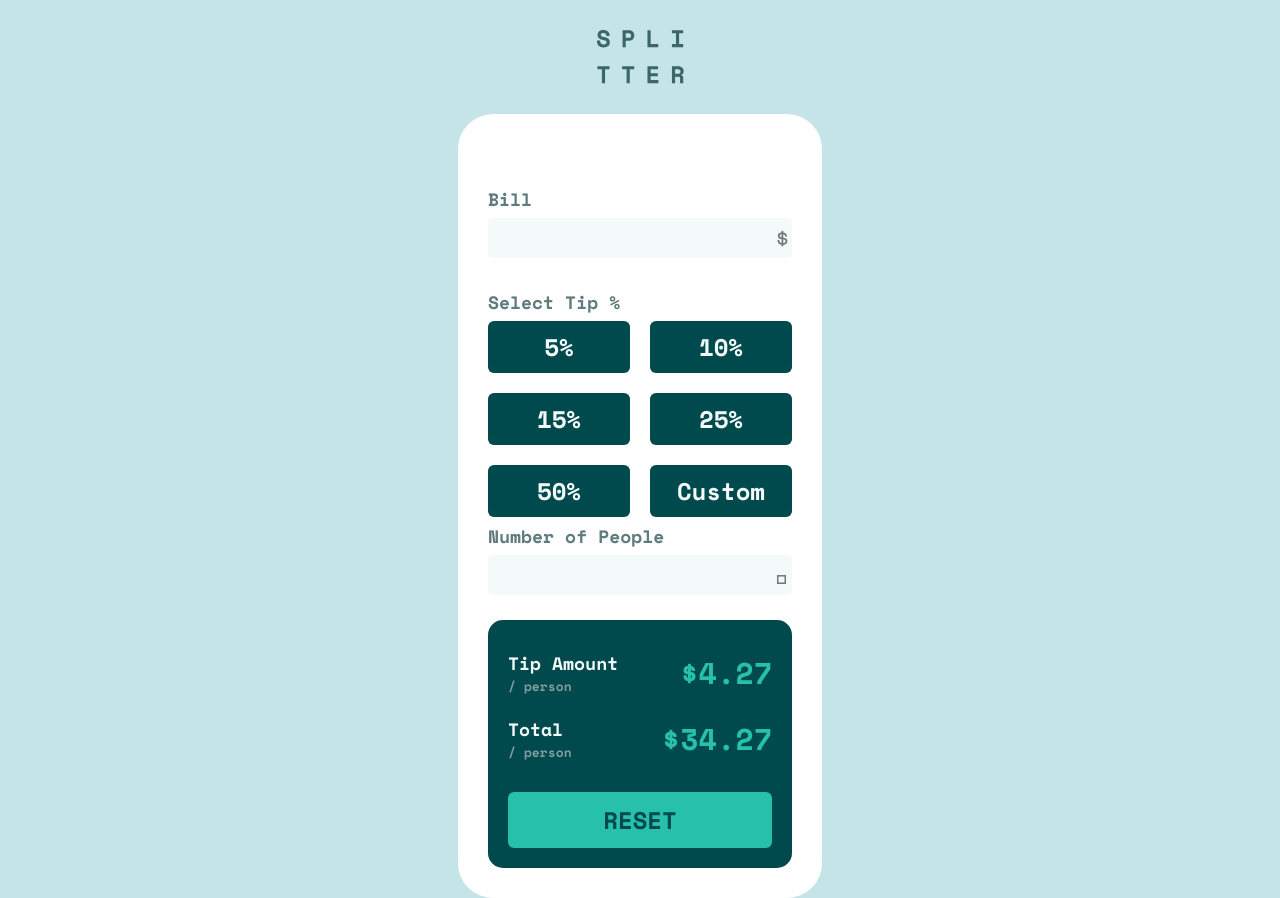
Repository: tomas938/tipcalculator
Page: /
The author's editor kept a copy of each file at every save. The page is drawn from the files as they stood at one save, then again after the next save.
The browser window is 1280 px wide. The pictures show the whole page.
The project was rebuilt for these pictures with package versions that can differ from the ones it lists, and the page was loaded fresh each time.

Above is the page before, as saved 2021-08-04 10:23:52.

### public/index.html
<!DOCTYPE html>
<html lang="">
	<head>
		<meta charset="utf-8" />
		<meta http-equiv="X-UA-Compatible" content="IE=edge" />
		<meta name="viewport" content="width=device-width,initial-scale=1.0" />
		<link rel="icon" href="<%= BASE_URL %>favicon.ico" />
		<link
			href="https://fonts.googleapis.com/icon?family=Material+Icons"
			rel="stylesheet"
		/>
		<title><%= htmlWebpackPlugin.options.title %></title>
	</head>
	<body>
		<noscript>
			<strong
				>We're sorry but <%= htmlWebpackPlugin.options.title %> doesn't work
				properly without JavaScript enabled. Please enable it to
				continue.</strong
			>
		</noscript>
		<div id="app"></div>
		<!-- built files will be auto injected -->
	</body>
</html>

### src/App.vue
<template>
	<router-view />
</template>

<style lang="scss">
@import url("https://fonts.googleapis.com/css2?family=Space+Mono:wght@400;700&display=swap");
$strong-cyan: hsl(172, 67%, 45%);
$dark-cyan: hsl(186, 14%, 43%);
$grayish-cyan: hsl(184, 14%, 43%);
$lower-grayish-cyan: hsl(184, 14%, 56%);
$light-grayish-cyan: hsl(185, 41%, 84%);
$lighter-grayish-cyan: hsl(189, 41%, 97%);
$white: hsl(0, 0%, 100%);
* {
	margin: 0;
	padding: 0;
	box-sizing: border-box;
	font-family: "Space Mono", monospace;
	font-size: 2.4rem;
}
body {
	background-color: hsl(185, 41%, 84%);
}
html {
	font-size: 62.5%;
	@media only screen and (max-width: 760px) {
		font-size: 45.5%;
	}
}
</style>

### src/views/Home.vue
<template>
	<div class="logo">
		<splitter></splitter>
	</div>
</template>

<script>
import Splitter from "../components/Splitter.vue";
export default {
	name: "Home",
	components: {
		Splitter,
	},
};
</script>
<style lang="scss" scoped></style>

### src/components/Splitter.vue
<template>
	<div class="splitter">
		<svg xmlns="http://www.w3.org/2000/svg" width="87" height="54">
			<path
				fill="#3D6666"
				d="M6.72 17.472c.944 0 1.792-.12 2.544-.36s1.392-.584 1.92-1.032a4.476 4.476 0 001.212-1.62c.28-.632.42-1.34.42-2.124v-.288c0-1.472-.464-2.584-1.392-3.336-.928-.752-2.272-1.288-4.032-1.608a14.615 14.615 0 01-1.74-.408c-.456-.144-.824-.308-1.104-.492-.28-.184-.476-.392-.588-.624a1.771 1.771 0 01-.168-.78c0-.56.232-1.004.696-1.332.464-.328 1.096-.492 1.896-.492.944 0 1.676.248 2.196.744.52.496.78 1.08.78 1.752v.576h3.168v-.864a5 5 0 00-.396-1.968 4.762 4.762 0 00-1.176-1.656C10.436 1.08 9.792.7 9.024.42 8.256.14 7.376 0 6.384 0c-.88 0-1.676.12-2.388.36s-1.32.576-1.824 1.008c-.504.432-.896.94-1.176 1.524-.28.584-.42 1.22-.42 1.908v.144c0 .832.144 1.536.432 2.112a3.978 3.978 0 001.212 1.44c.52.384 1.132.692 1.836.924.704.232 1.48.42 2.328.564.64.112 1.168.248 1.584.408.416.16.744.34.984.54s.408.424.504.672c.096.248.144.508.144.78 0 .576-.232 1.072-.696 1.488-.464.416-1.176.624-2.136.624-1.232 0-2.14-.3-2.724-.9-.584-.6-.876-1.404-.876-2.412v-.576H0v.72c0 .88.144 1.692.432 2.436a5.47 5.47 0 001.272 1.944c.56.552 1.26.984 2.1 1.296.84.312 1.812.468 2.916.468zm22-.336V10.8h3.408c.864 0 1.616-.144 2.256-.432a4.707 4.707 0 001.596-1.14 4.833 4.833 0 00.96-1.608c.216-.6.324-1.212.324-1.836v-.576c0-.608-.108-1.204-.324-1.788a4.625 4.625 0 00-.96-1.56A4.737 4.737 0 0034.384.756c-.64-.28-1.392-.42-2.256-.42h-6.576v16.8h3.168zm3.096-9.36H28.72V3.36h3.096c.704 0 1.26.192 1.668.576.408.384.612.88.612 1.488v.288c0 .608-.204 1.104-.612 1.488-.408.384-.964.576-1.668.576zm29.464 9.36v-3.024h-7.632V.336H50.48v16.8h10.8zm24.88 0v-3.024h-4.032V3.36h4.032V.336H74.928V3.36h4.032v10.752h-4.032v3.024H86.16zm-78.096 36V39.36h4.464v-3.024H.432v3.024h4.464v13.776h3.168zm24.688 0V39.36h4.464v-3.024H25.12v3.024h4.464v13.776h3.168zm28.624 0v-3.024h-7.728v-3.888H60.8V43.2h-7.152v-3.84h7.44v-3.024H50.48v16.8h10.896zm16.744 0V46.8h3.648c.464 0 .796.12.996.36.2.24.3.552.3.936v5.04h3.168v-5.808c0-.56-.164-1.024-.492-1.392-.328-.368-.772-.584-1.332-.648v-.432c.768-.32 1.336-.78 1.704-1.38a3.63 3.63 0 00.552-1.932v-.576c0-.64-.116-1.24-.348-1.8a4.332 4.332 0 00-1.008-1.476c-.44-.424-.988-.756-1.644-.996-.656-.24-1.416-.36-2.28-.36h-6.432v16.8h3.168zm3.024-9.36H78.12V39.36h3.024c.768 0 1.352.204 1.752.612.4.408.6.892.6 1.452v.288c0 .656-.2 1.164-.6 1.524-.4.36-.984.54-1.752.54z"
			/>
		</svg>
		<div class="calculator">
			<span class="material-icons">&#xE87C;</span>
			<h3>Bill</h3>
			<input type="text" placeholder="$" />
			<h3>Select Tip %</h3>
			<div class="calculator__grid">
				<div class="calculator__grid__item item-1"><p>5%</p></div>
				<div class="calculator__grid__item item-2"><p>10%</p></div>
				<div class="calculator__grid__item item-3"><p>15%</p></div>
				<div class="calculator__grid__item item-4"><p>25%</p></div>
				<div class="calculator__grid__item item-5"><p>50%</p></div>
				<div class="calculator__grid__item item-6"><p>Custom</p></div>
			</div>
			<h3>Number of People</h3>
			<input type="text" placeholder="&#xE87C;" />
			<div class="calculator__result">
				<div class="result">
					<div class="information">
						<p>Tip Amount</p>
						<span>/ person</span>
					</div>
					<div class="price">
						<p>$4.27</p>
					</div>
				</div>
				<div class="result">
					<div class="information">
						<p>Total</p>
						<span>/ person</span>
					</div>
					<div class="price">
						<p>$34.27</p>
					</div>
				</div>
				<div class="result"></div>
				<button>Reset</button>
			</div>
		</div>
	</div>
</template>

<script>
export default {};
</script>

<style lang="scss" scoped>
.splitter {
	display: flex;
	flex-direction: column;
	align-items: center;
}
.calculator {
	background-color: hsl(0, 0%, 100%);
	padding: 3rem;
	border-radius: 3.5rem;
	&__grid {
		display: grid;
		grid-gap: 2rem;
		grid-template-columns: repeat(2, 1fr);
		grid-template-rows: repeat(3, 1fr);
		color: hsl(189, 41%, 97%);
		font-weight: 700;
		text-align: center;
		cursor: pointer;
	}
	&__grid__item {
		width: 100%;
		margin: auto;
		padding: 8px 0;
		border-radius: 6px;
		background-color: hsl(183, 100%, 15%);
		&:hover {
			transition: all 0.3s ease-in-out;
			background-color: hsl(172, 67%, 45%);
			color: hsl(183, 100%, 15%);
		}
	}
	&__result {
		display: flex;
		flex-direction: column;
		border-radius: 1.5rem;
		padding: 2rem;
		background-color: hsl(183, 100%, 15%);
		font-weight: 700;
		.result {
			display: flex;
			justify-content: space-between;
			padding: 10px 0;
			p {
				font-size: 1.8rem;
				color: hsl(189, 41%, 97%);
			}
			span {
				font-size: 1.3rem;
				color: hsl(184, 14%, 56%);
			}
		}
		.information {
			display: flex;
			flex-direction: column;
		}
		.price {
			p {
				color: hsl(172, 67%, 45%);
				font-size: 3rem;
			}
		}
		button {
			border-radius: 6px;
			padding: 1rem 0;
			font-weight: 700;
			color: hsl(183, 100%, 15%);
			text-transform: uppercase;
			background-color: hsl(172, 67%, 45%);
			cursor: pointer;
			outline: none;
			border: none;
		}
		button:hover,
		button:active {
			transition: 0.3s ease-in-out;
			background-color: hsl(185, 41%, 84%);
		}
	}
}
svg {
	margin: 3rem 0;
}
input {
	margin-bottom: 2.5rem;
	border-radius: 5px;
	border: 2px solid transparent;
	outline: none;
	background-color: hsl(189, 41%, 97%);
	text-align: right;
	&:focus,
	&:active {
		border: 2px solid hsl(172, 67%, 45%);
	}
}
h3 {
	margin: 6px 0;
	font-size: 1.8rem;
	color: hsl(184, 14%, 43%);
	font-weight: 700;
}
</style>

Loaded but not shown: src/main.js (common file); src/router/index.js (common file)

After the next save:
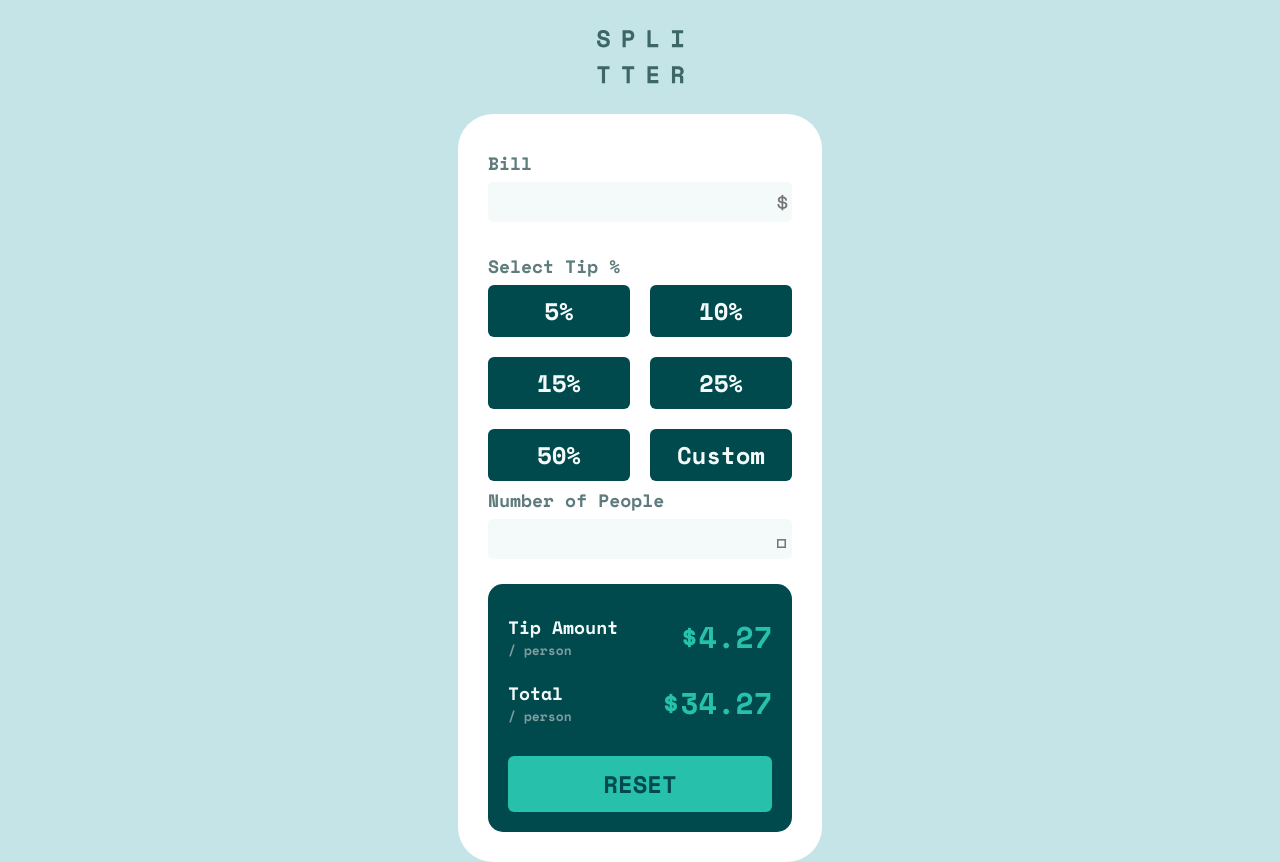
Saved 24 s later.
--- a/src/components/Splitter.vue
+++ b/src/components/Splitter.vue
@@ -7,7 +7,6 @@
 			/>
 		</svg>
 		<div class="calculator">
-			<span class="material-icons">&#xE87C;</span>
 			<h3>Bill</h3>
 			<input type="text" placeholder="$" />
 			<h3>Select Tip %</h3>
